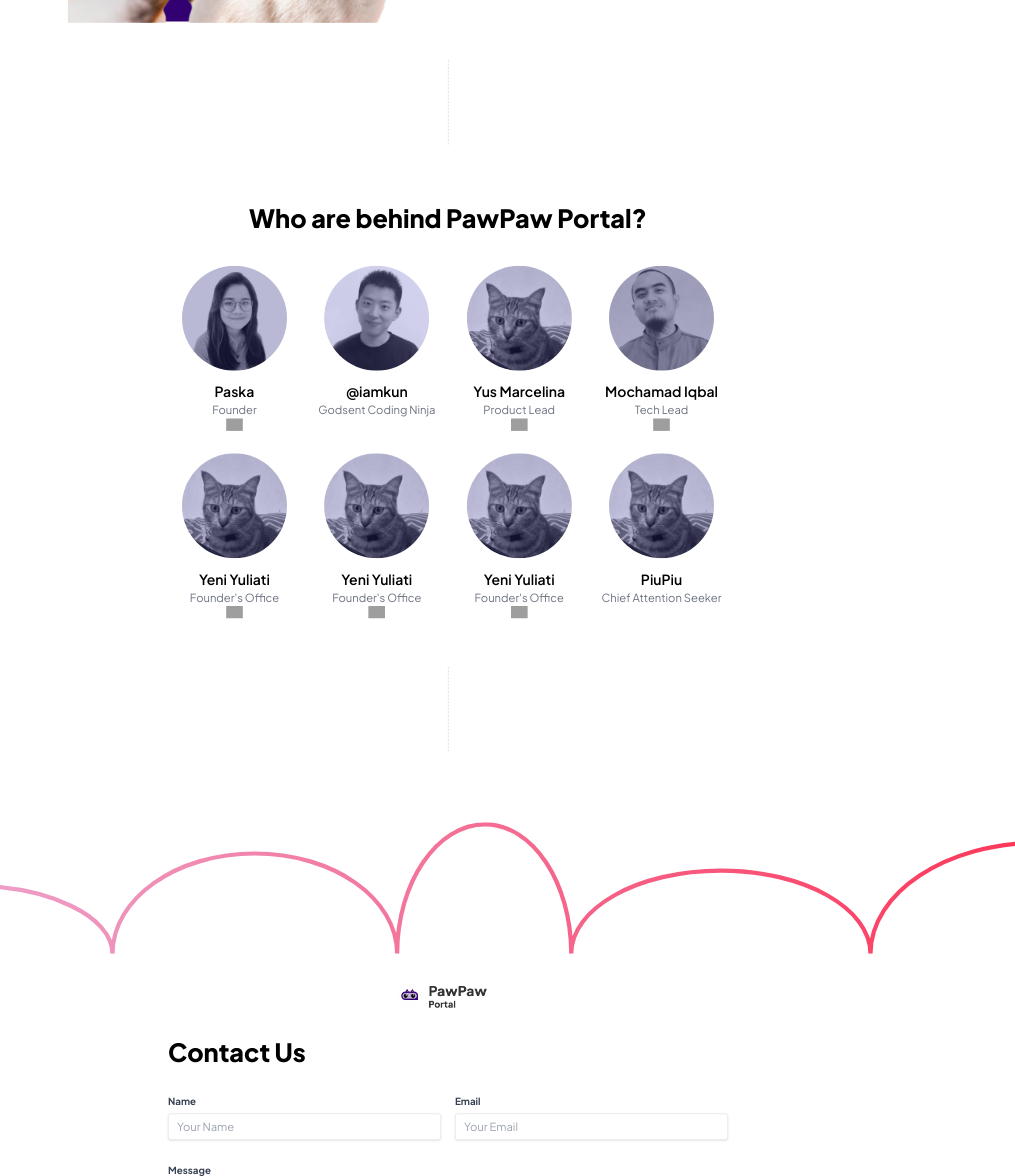
Repository: paskasiregar/pawpawwebsite
Page: /
The author's editor kept a copy of each file at every save. The page is drawn from the files as they stood at one save, then again after the next save.
The browser window is 1280 px wide. The page is 1450 px wide, so the pictures cover 1450 px, including what lies to the right of the window. The pictures show the part of the page from y = 1492 to 3172 px (the page is 4060 px tall), at 70% of full size.
Pictures or frames that could not be fetched are drawn as grey boxes. The project was rebuilt for these pictures with package versions that can differ from the ones it lists, and the page was loaded fresh each time. The framework's server and built-in components were replaced by stand-ins that run in the browser. Also part of the build but not shown: next.config.js, next.config.mjs.

Above is the page before, as saved 2024-09-06 12:24:22.

After the next save:
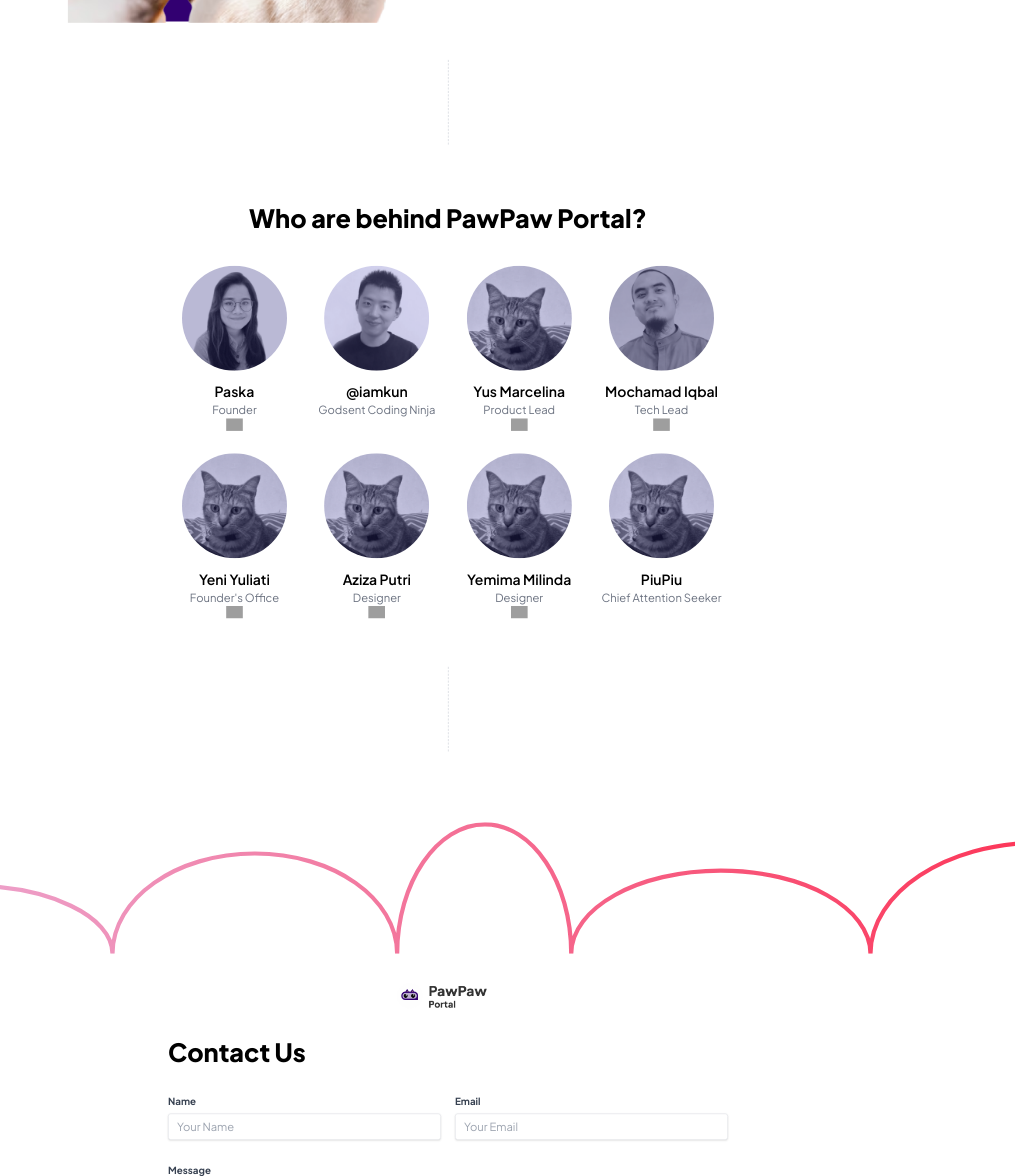
Saved 42 s later.
--- a/src/app/page.js
+++ b/src/app/page.js
@@ -272,18 +272,18 @@ export default async function Home() {
                   </Link>
                 </div>
 
-                {/* Julie */}
-                <div className="flex flex-col items-center">
-                  <Image
-                    className="rounded-full object-cover"
-                    alt="Yeni Yuliati"
-                    src={piupiu}
-                    width={150}
-                    height={150}
-                    sizes="(max-width: 768px) 100px, (max-width: 1200px) 150px, 200px"
-                  />
-                  <div className="text-xl font-semibold mt-4">Yeni Yuliati</div>
-                  <div className="text-gray-500">Founder's Office</div>
+                {/* Aziza */}
+                <div className="flex flex-col items-center">
+                  <Image
+                    className="rounded-full object-cover"
+                    alt="Aziza Putri"
+                    src={piupiu}
+                    width={150}
+                    height={150}
+                    sizes="(max-width: 768px) 100px, (max-width: 1200px) 150px, 200px"
+                  />
+                  <div className="text-xl font-semibold mt-4">Aziza Putri</div>
+                  <div className="text-gray-500">Designer</div>
                   <Link
                     href="https://www.linkedin.com/in/yeni-yuliati"
                     passHref
@@ -299,18 +299,20 @@ export default async function Home() {
                   </Link>
                 </div>
 
-                {/* Julie */}
-                <div className="flex flex-col items-center">
-                  <Image
-                    className="rounded-full object-cover"
-                    alt="Yeni Yuliati"
-                    src={piupiu}
-                    width={150}
-                    height={150}
-                    sizes="(max-width: 768px) 100px, (max-width: 1200px) 150px, 200px"
-                  />
-                  <div className="text-xl font-semibold mt-4">Yeni Yuliati</div>
-                  <div className="text-gray-500">Founder's Office</div>
+                {/* Yemima */}
+                <div className="flex flex-col items-center">
+                  <Image
+                    className="rounded-full object-cover"
+                    alt="Yemima Milinda"
+                    src={piupiu}
+                    width={150}
+                    height={150}
+                    sizes="(max-width: 768px) 100px, (max-width: 1200px) 150px, 200px"
+                  />
+                  <div className="text-xl font-semibold mt-4">
+                    Yemima Milinda
+                  </div>
+                  <div className="text-gray-500">Designer</div>
                   <Link
                     href="https://www.linkedin.com/in/yeni-yuliati"
                     passHref
